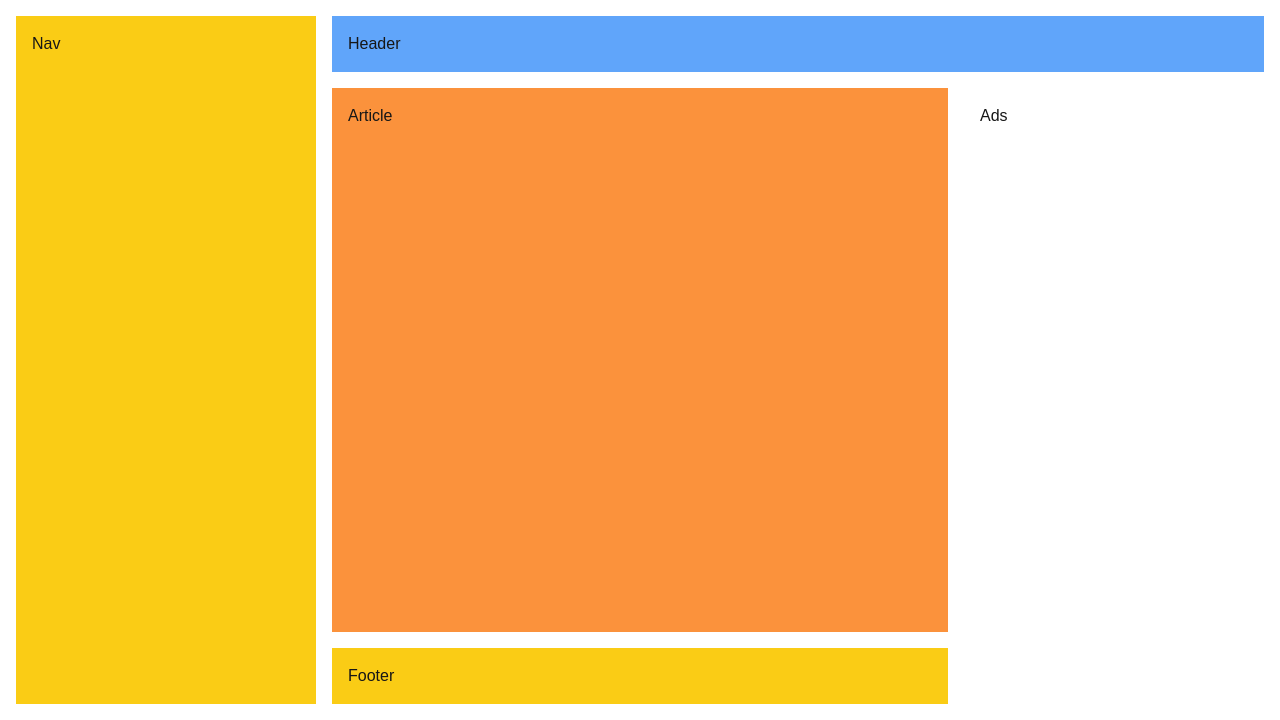
Repository: asadullah48/Understanding-Grid
Page: /
An editor plug-in stored every save of this project. The page is shown before and after the next save, followed by the edit.
The browser window is 1280 px wide. The pictures show the whole page.
The project was rebuilt for these pictures with package versions that can differ from the ones it lists, and the page was loaded fresh each time. The framework's server and built-in components were replaced by stand-ins that run in the browser. Also part of the build but not shown: next.config.ts.

Above is the page before, as saved 2025-01-22 09:45:19.

After the next save:
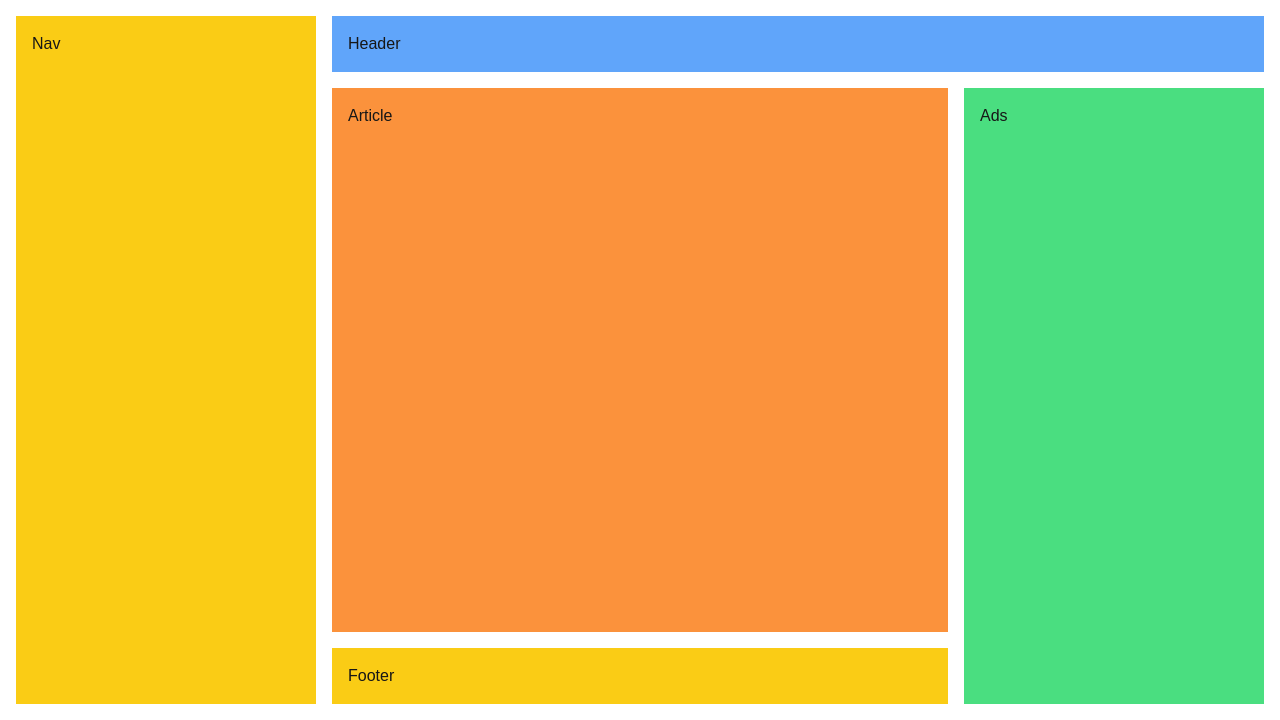
Saved 6 s later.
--- a/src/app/page.tsx
+++ b/src/app/page.tsx
@@ -11,7 +11,7 @@ export default function Layout() {
       <main className="bg-orange-400 p-4 col-span-2">Article</main>
 
       {/* Ads */}
-      <aside className="bg--400 p-4 row-span-2 col-span-1">Ads</aside>
+      <aside className="bg-green-400 p-4 row-span-2 col-span-1">Ads</aside>
 
       {/* Footer */}
       <footer className="bg-yellow-400 p-4 col-span-2 col-start-2">Footer</footer>
